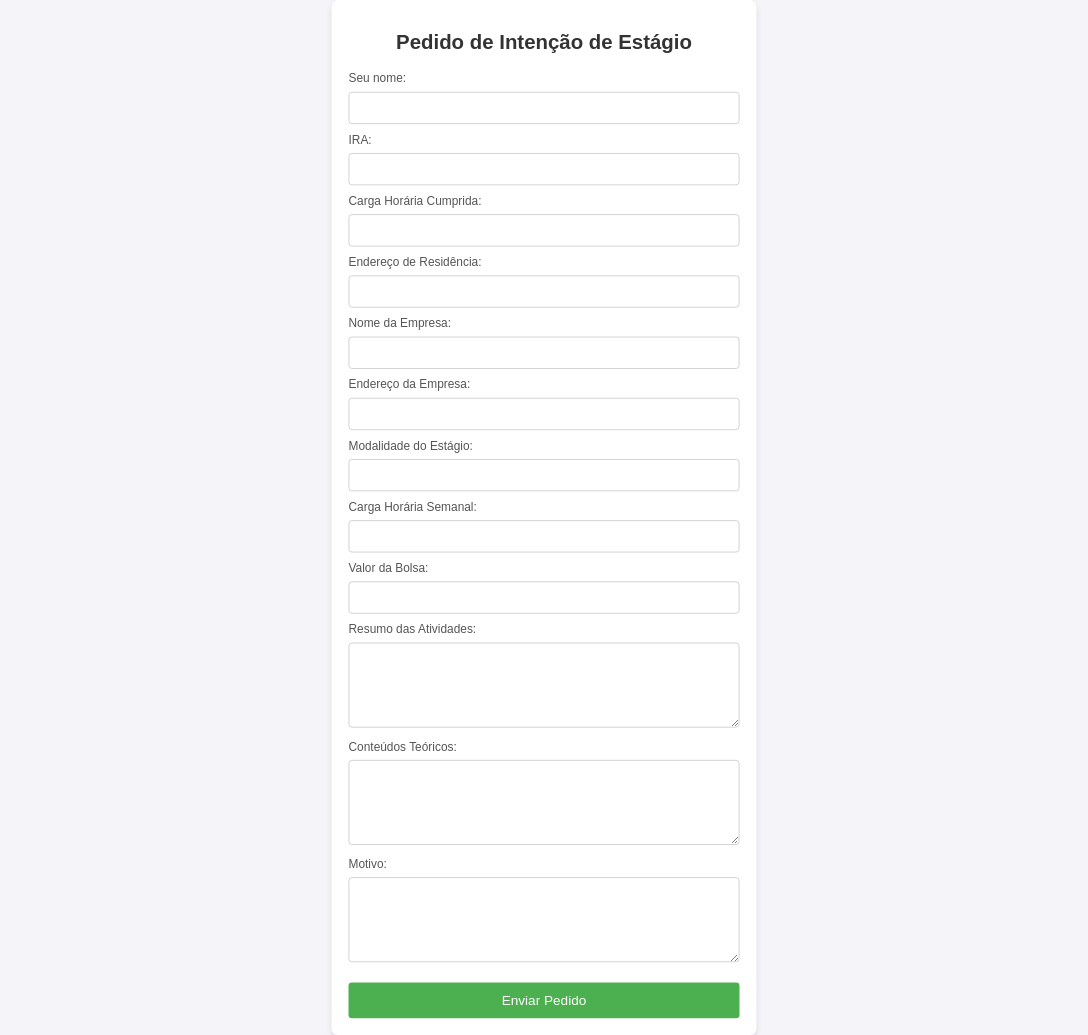
Repository: CronosUchoa/ArqSoft
Page: http://localhost/PedidoIntencaoNovoEstagioRDG/WEB-INF/JSPS/index.jsp
The author's editor kept a copy of each file at every save. The page is drawn from the files as they stood at one save, then again after the next save.
The browser window is 1280 px wide. The pictures show the whole page, at 85% of full size.
The page is served by Tomcat 9. Nobody is signed in. The template is opened directly, without the code that normally fills it, so the values that code supplies are empty.

Above is the page before, as saved 2024-11-26 11:22:41.

After the next save:
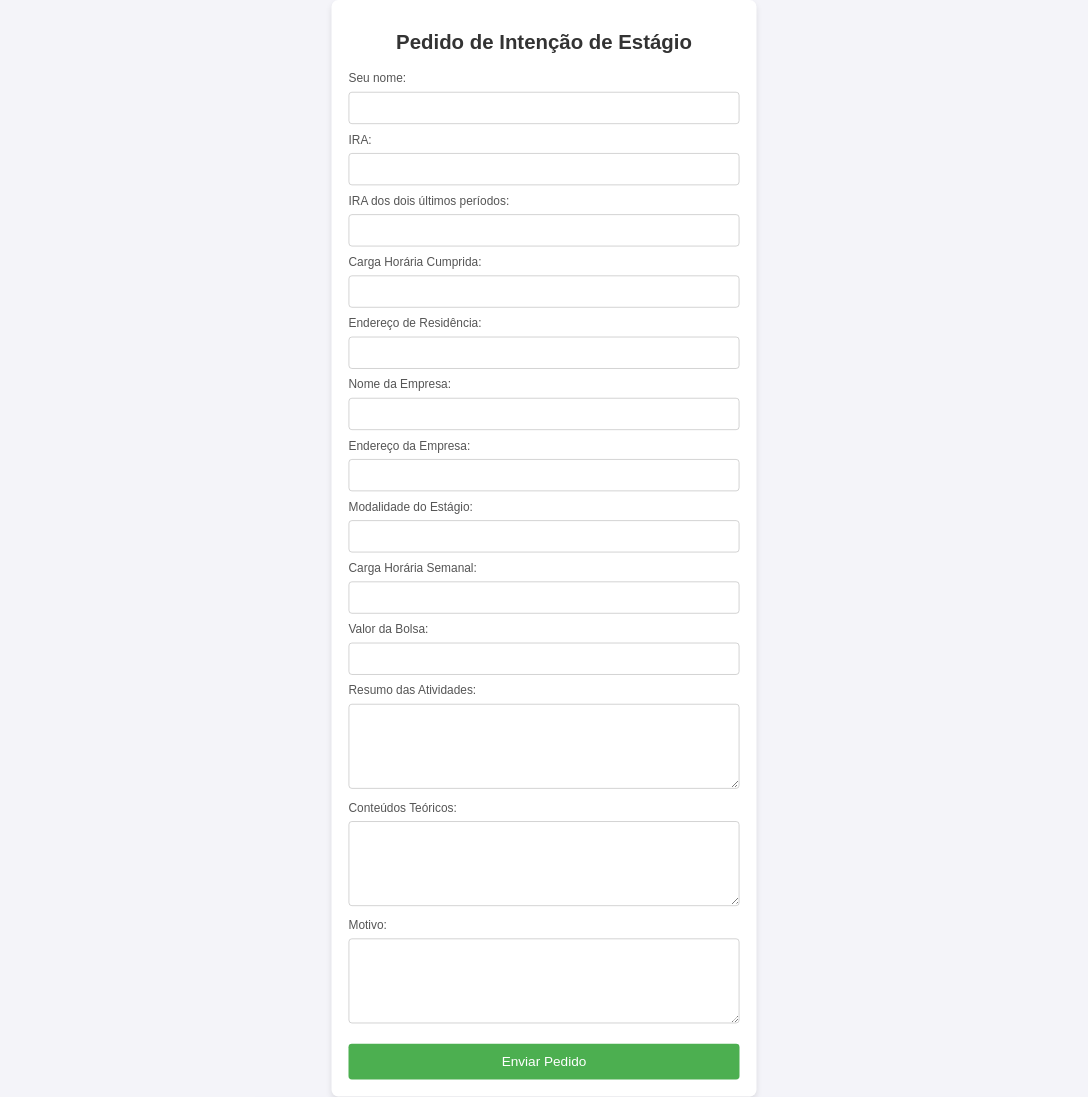
Saved 11 min 2 s later.
--- a/PedidoIntencaoNovoEstagioRDG/src/main/webapp/WEB-INF/JSPS/index.jsp
+++ b/PedidoIntencaoNovoEstagioRDG/src/main/webapp/WEB-INF/JSPS/index.jsp
@@ -72,6 +72,9 @@
         <label for="ira">IRA:</label>
         <input type="number" name="ira" id="ira" required><br>
 
+         <label for="iraUlt">IRA dos dois últimos períodos:</label>
+        <input type="number" name="iraUlt" id="iraUlt" required><br>
+
         <label for="cargaHorariaCumprida">Carga Horária Cumprida:</label>
         <input type="number" name="cargaHorariaCumprida" id="cargaHorariaCumprida" required><br>
 
